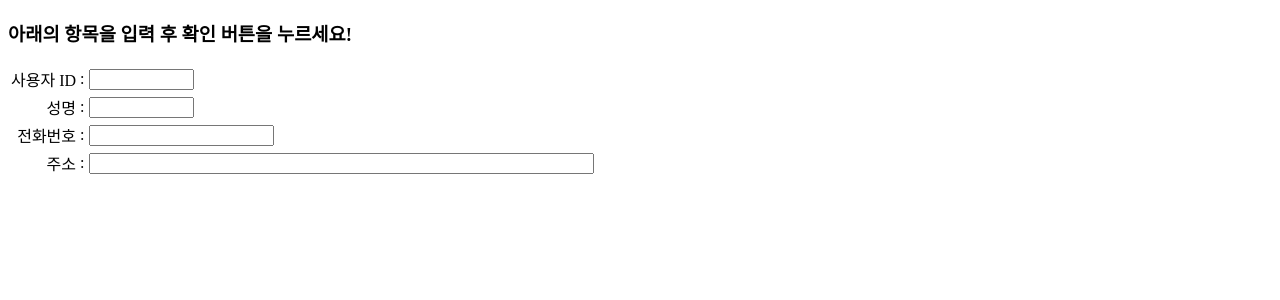
Repository: HyeogDo/Study_Java
Page: http://localhost/Quiz_04/insertLogin.jsp
These files come from the project's save history. The page is drawn as it stood at one moment and after the next save; the edit follows.
The browser window is 1280 px wide. The pictures show the whole page.
The page is served by Tomcat 9.

Above is the page before, as saved 2022-03-22 02:11:40.

### Servlets/Quiz_04/src/main/webapp/insertLogin.jsp
<%@ page language="java" contentType="text/html; charset=UTF-8"
    pageEncoding="UTF-8"%>
<!DOCTYPE html>
<html>
	<head>
		<meta charset="UTF-8">
		<title>Insert title here</title>
	</head>
	<body>
		<h3><b>아래의 항목을 입력 후 확인 버튼을 누르세요!</b></h3>
		<form action="todbLogin.jsp" method="post" name="formLogin">
			<table>
				<tr>
					<td align="right">사용자 ID</td>
					<td> : <input type="text" name="userId" size="10"></td>
				</tr>
				<tr>
					<td align="right">성명</td>
					<td> : <input type="text" name="userName" size="10"></td>
				</tr>
				<tr>
					<td align="right">전화번호</td>
					<td> : <input type="text" name="userPhone" size="20"></td>
				</tr>
				<tr>
					<td align="right">주소</td>
					<td> : <input type="text" name="userAddress" size="60"></td>
				</tr>
			</table>

		</form>
	</body>
</html>

After the next save:
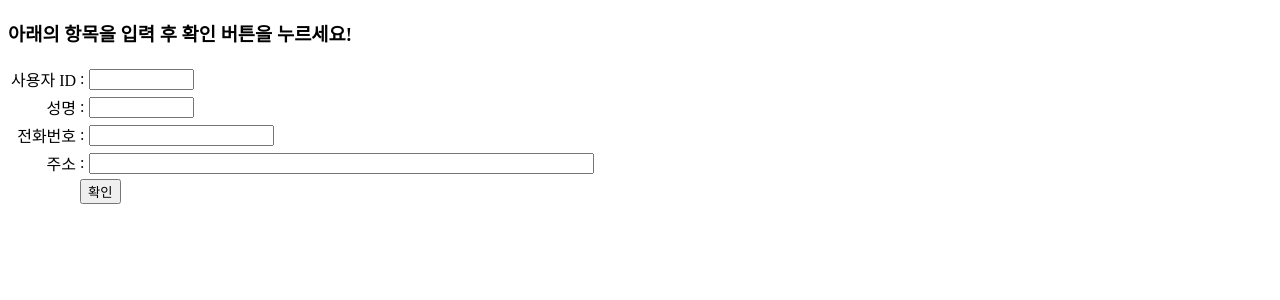
Saved 42 s later.
--- a/Servlets/Quiz_04/src/main/webapp/insertLogin.jsp
+++ b/Servlets/Quiz_04/src/main/webapp/insertLogin.jsp
@@ -26,6 +26,10 @@
 					<td align="right">주소</td>
 					<td> : <input type="text" name="userAddress" size="60"></td>
 				</tr>
+				<tr>
+					<td></td>
+					<td><input type="submit" value="확인"></td>
+				</tr>
 			</table>
 
 		</form>
